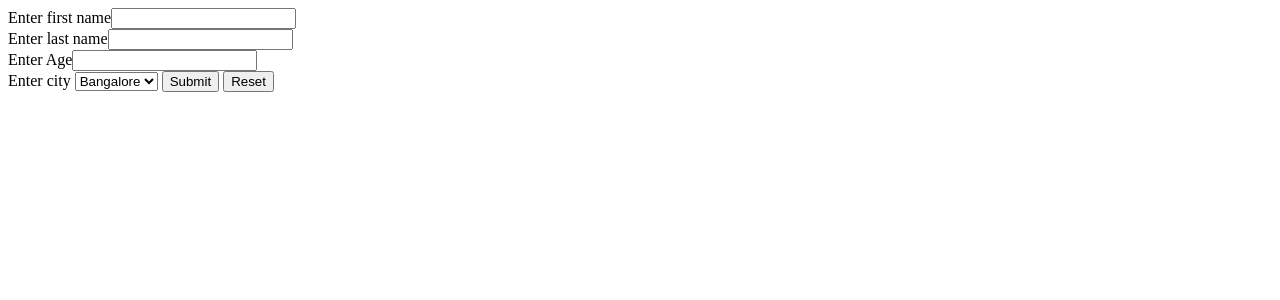
Repository: Bindu2296/allProjects
Page: http://localhost/Jspforms/forms.jsp
These files come from the project's save history. The page is drawn as it stood at one moment and after the next save; the edit follows.
The browser window is 1280 px wide. The pictures show the whole page.
The page is served by Tomcat 9.

Above is the page before, as saved 2019-03-26 12:06:14.

After the next save:
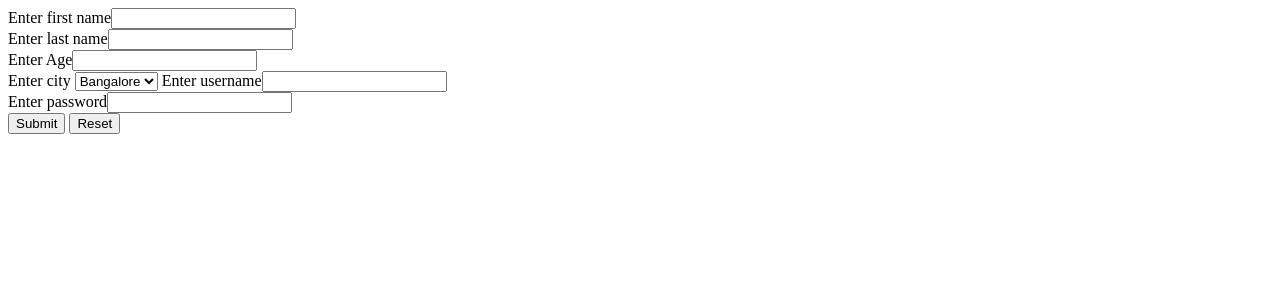
Saved 73 s later.
--- a/Jspforms/src/main/webapp/forms.jsp
+++ b/Jspforms/src/main/webapp/forms.jsp
@@ -15,6 +15,9 @@
   <option value="mysore">Mysore</option>
   <option value="delhi">Delhi</option>
 </select>
+<label>Enter username</label><input name="username" type="text"/><br>
+<label>Enter password</label><input name="password" type="password"/><br>
+
 <button type="submit">Submit</button>
 <button type="reset">Reset</button><br>
 </form>
